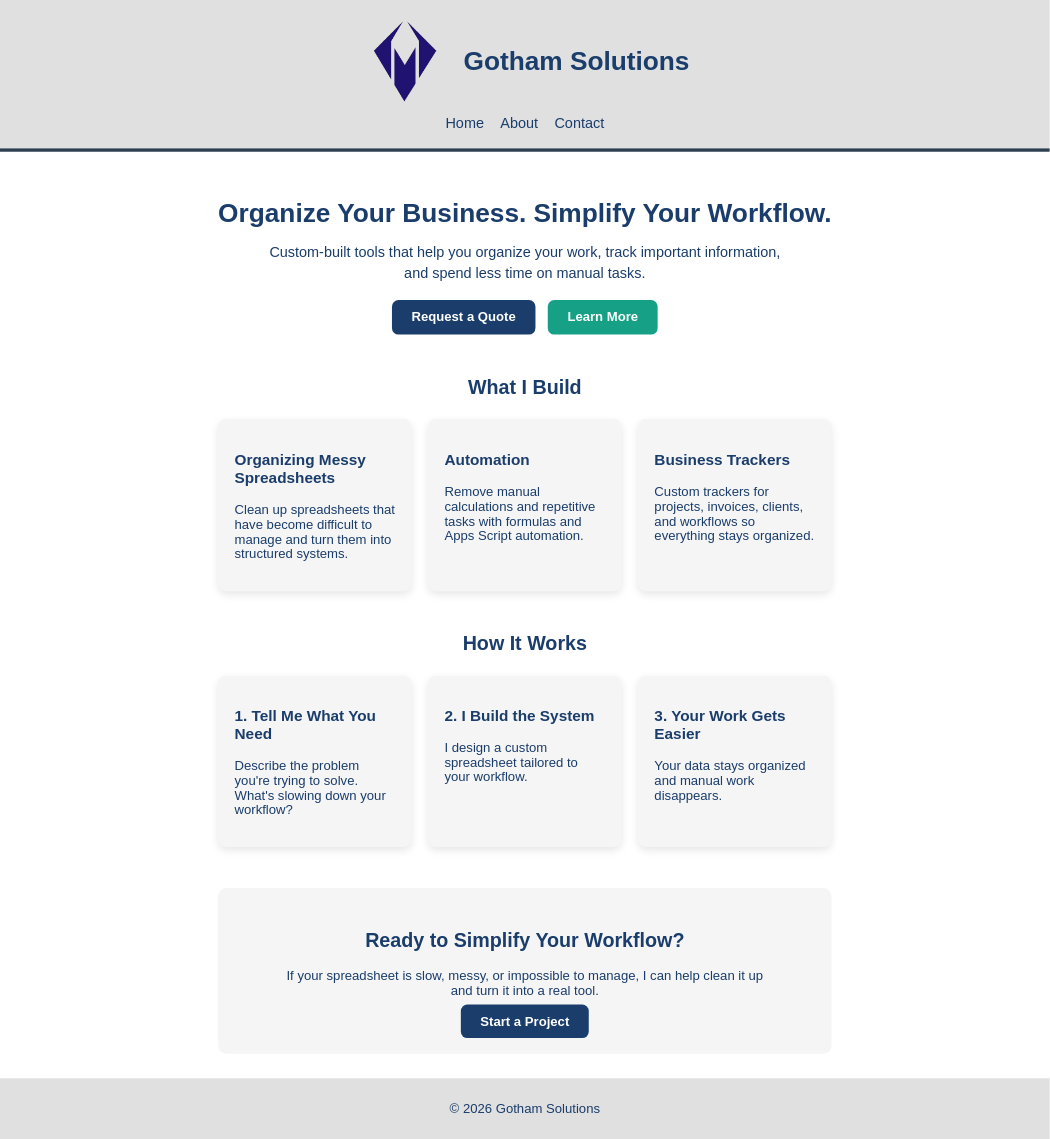
Repository: kmm569/gothamsolutions
Page: index.html
The author's editor kept a copy of each file at every save. The page is drawn from the files as they stood at one save, then again after the next save.
The browser window is 1280 px wide. The pictures show the whole page, at 82% of full size.

Above is the page before, as saved 2026-03-06 10:49:43.

After the next save:
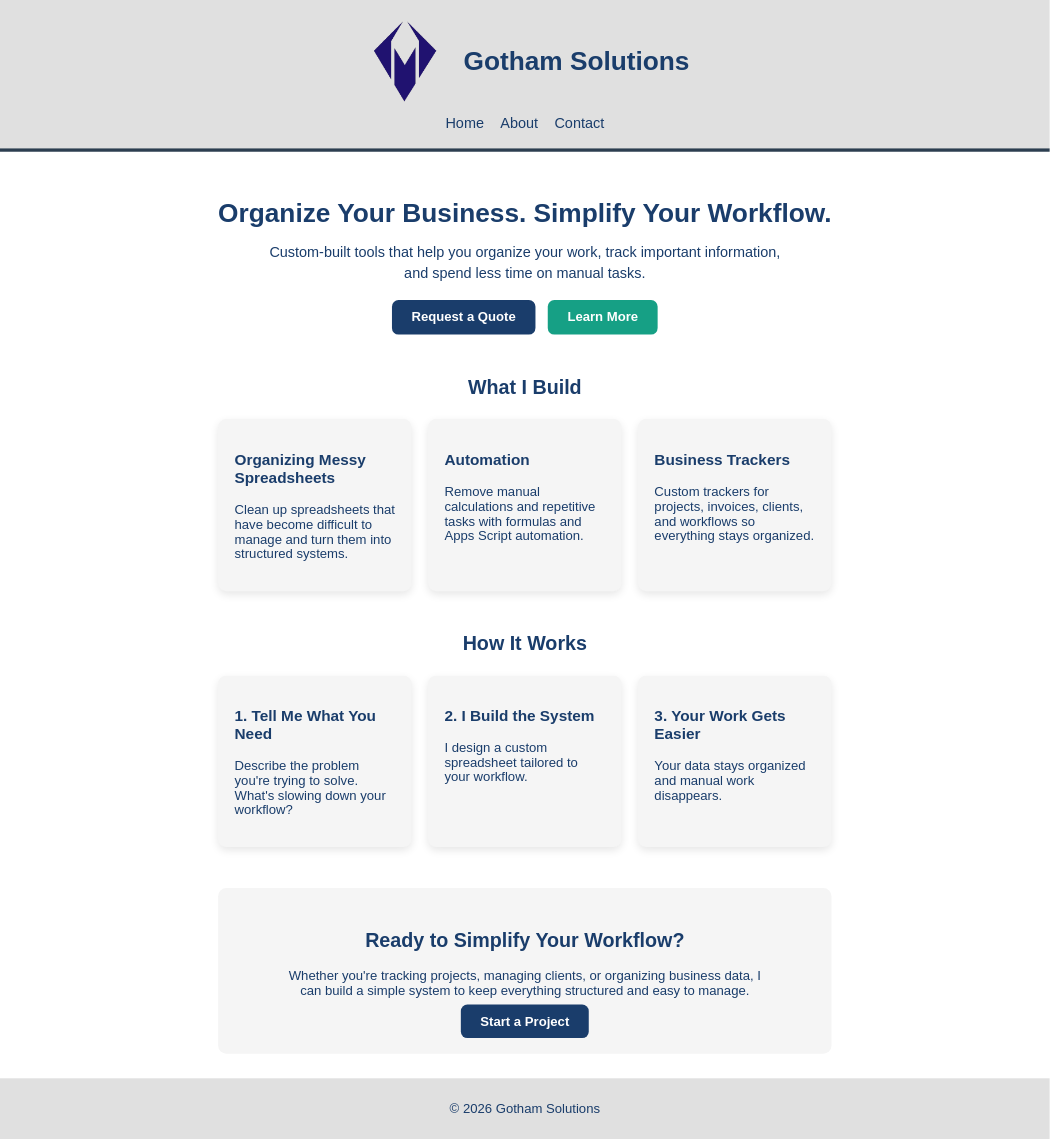
Saved 19 s later.
--- a/index.html
+++ b/index.html
@@ -125,8 +125,7 @@
 	<h2>Ready to Simplify Your Workflow?</h2>
 
 	<p>
-	If your spreadsheet is slow, messy, or impossible to manage,
-	I can help clean it up and turn it into a real tool.
+	Whether you're tracking projects, managing clients, or organizing business data, I can build a simple system to keep everything structured and easy to manage.
 	</p>
 
 	<a href="contact.html" class="button-primary">
